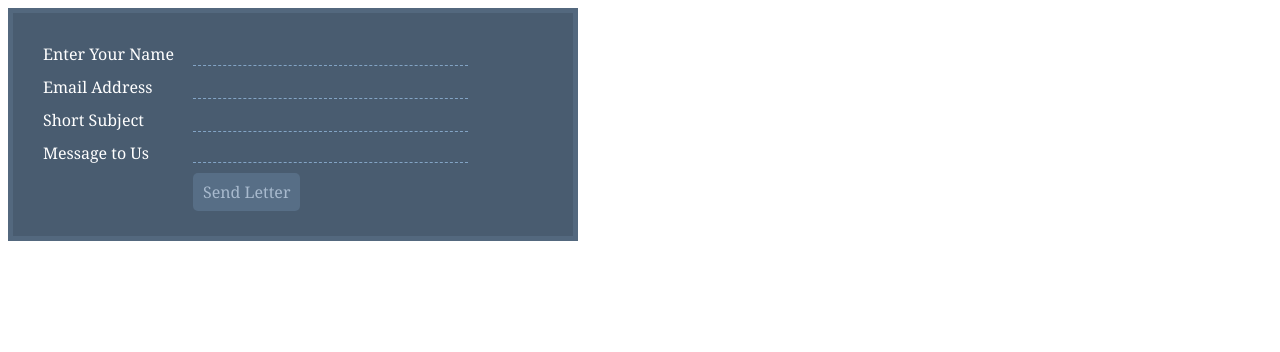
Repository: moshe31sh/Java_ee_final_project_todo_list
Page: http://localhost/Toto_list_final_project/addtask.jsp
The author's editor kept a copy of each file at every save. The page is drawn from the files as they stood at one save, then again after the next save.
The browser window is 1280 px wide. The pictures show the whole page.
The page is served by Tomcat 9. Other server files are loaded and not shown.

Above is the page before, as saved 2015-12-10 21:05:41.

### Toto_list_final_project/WebContent/addtask.jsp
<%@ page language="java" contentType="text/html; charset=ISO-8859-1"
    pageEncoding="ISO-8859-1" errorPage="/error.jsp"%>
<!DOCTYPE html PUBLIC "-//W3C//DTD HTML 4.01 Transitional//EN" "http://www.w3.org/TR/html4/loose.dtd">
<html>
<head>
<head>
<meta http-equiv="Content-Type" content="text/html/; charset=ISO-8859-1">
<link rel="stylesheet" type="text/css" href="./CSS/add_task_style.css">
<title>Add new task</title>
<%-- <jsp:include page="usermenu.jsp"/> --%>
</head>
<body>
<div class="container">
<form class="form-style-4" action="" method="post">
<label for="field1">
<span>Enter Your Name</span><input type="text" name="field1" required="true" />
</label>
<label for="field2">
<span>Email Address</span><input type="email" name="field2" required="true" />
</label>
<label for="field3">
<span>Short Subject</span><input type="text" name="field3" required="true" />
</label>
<label for="field4">
<span>Message to Us</span><textarea name="field4" onkeyup="adjust_textarea(this)" required="true"></textarea>
</label>
<label>
<span>&nbsp;</span><input type="submit" value="Send Letter" />
</label>
</form>
</div>
</body>
</html>

### Toto_list_final_project/WebContent/CSS/add_task_style.css


.form-style-4{
    width: 500px;
    font-size: 16px;
    background: #495C70;
    padding: 30px 30px 15px 30px;
    border: 5px solid #53687E;

}

.form-style-4 input[type=submit],
.form-style-4 input[type=button],
.form-style-4 input[type=text],
.form-style-4 input[type=email],
.form-style-4 textarea,

.form-style-4 label
{
    font-family: Georgia, "Times New Roman", Times, serif;
    font-size: 16px;
    color: #fff;

}
.form-style-4 label {
    display:block;
    margin-bottom: 10px;
}
.form-style-4 label > span{
    display: inline-block;
    float: left;
    width: 150px;
}
.form-style-4 input[type=text],
.form-style-4 input[type=email]
{
    background: transparent;
    border: none;
    border-bottom: 1px dashed #83A4C5;
    width: 275px;
    outline: none;
    padding: 0px 0px 0px 0px;
    font-style: italic;
}
.form-style-4 textarea{
    font-style: italic;
    padding: 0px 0px 0px 0px;
    background: transparent;
    outline: none;
    border: none;
    border-bottom: 1px dashed #83A4C5;
    width: 275px;
    overflow: hidden;
    resize:none;
    height:20px;
}

.form-style-4 textarea:focus,
.form-style-4 input[type=text]:focus,
.form-style-4 input[type=email]:focus,
.form-style-4 input[type=email] :focus
{
    border-bottom: 1px dashed #D9FFA9;
}

.form-style-4 input[type=submit],
.form-style-4 input[type=button]{
    background: #576E86;
    border: none;
    padding: 8px 10px 8px 10px;
    border-radius: 5px;
    color: #A8BACE;
}
.form-style-4 input[type=submit]:hover,
.form-style-4 input[type=button]:hover{
background: #394D61;
}

After the next save:
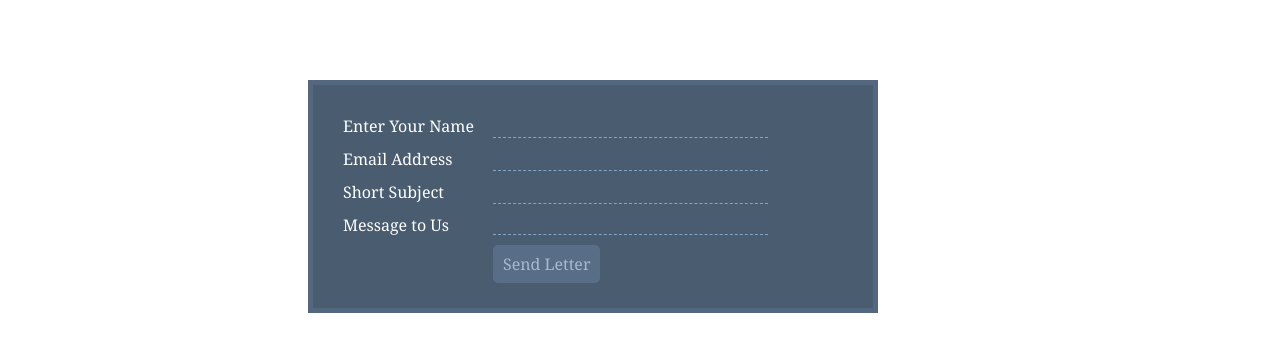
Saved 71 s later.
--- a/Toto_list_final_project/WebContent/CSS/add_task_style.css
+++ b/Toto_list_final_project/WebContent/CSS/add_task_style.css
@@ -6,6 +6,8 @@
     background: #495C70;
     padding: 30px 30px 15px 30px;
     border: 5px solid #53687E;
+   margin-left:300px;
+	margin-top:80px;
 
 }
 
